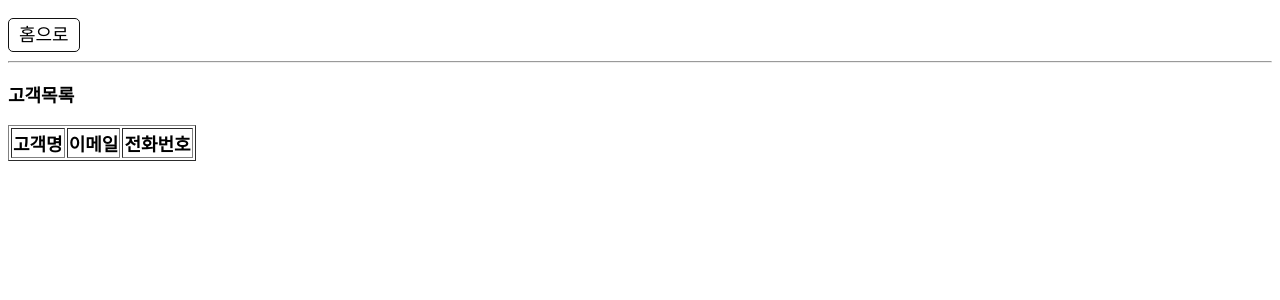
Repository: iwonhee/Study_Servlet
Page: http://localhost/web/customer/list1.jsp
An editor plug-in stored every save of this project. The page is shown before and after the next save, followed by the edit.
The browser window is 1280 px wide. The pictures show the whole page.
The page is served by Tomcat 9.

Above is the page before, as saved 2022-11-24 06:18:03.

After the next save:
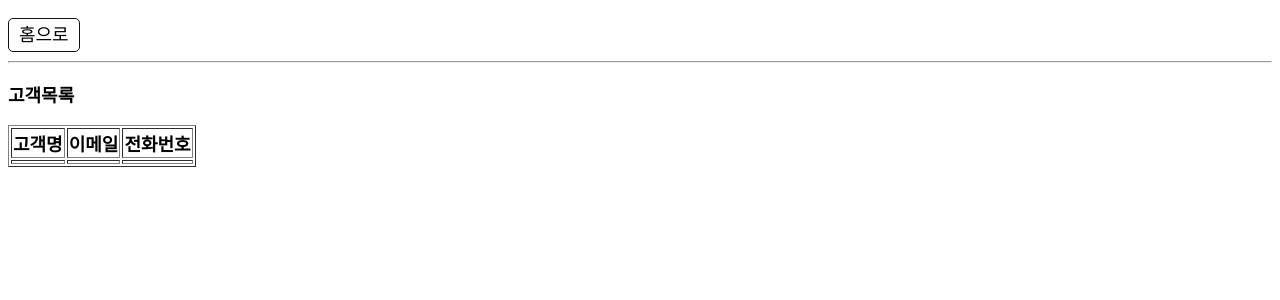
Saved 16 s later.
--- a/web/src/main/webapp/customer/list1.jsp
+++ b/web/src/main/webapp/customer/list1.jsp
@@ -20,6 +20,11 @@
 		<th>이메일</th>
 		<th>전화번호</th>
 	</tr>
+	<tr>
+		<th></th>
+		<th></th>
+		<th></th>
+	</tr>
 </table>
 </body>
 </html>
